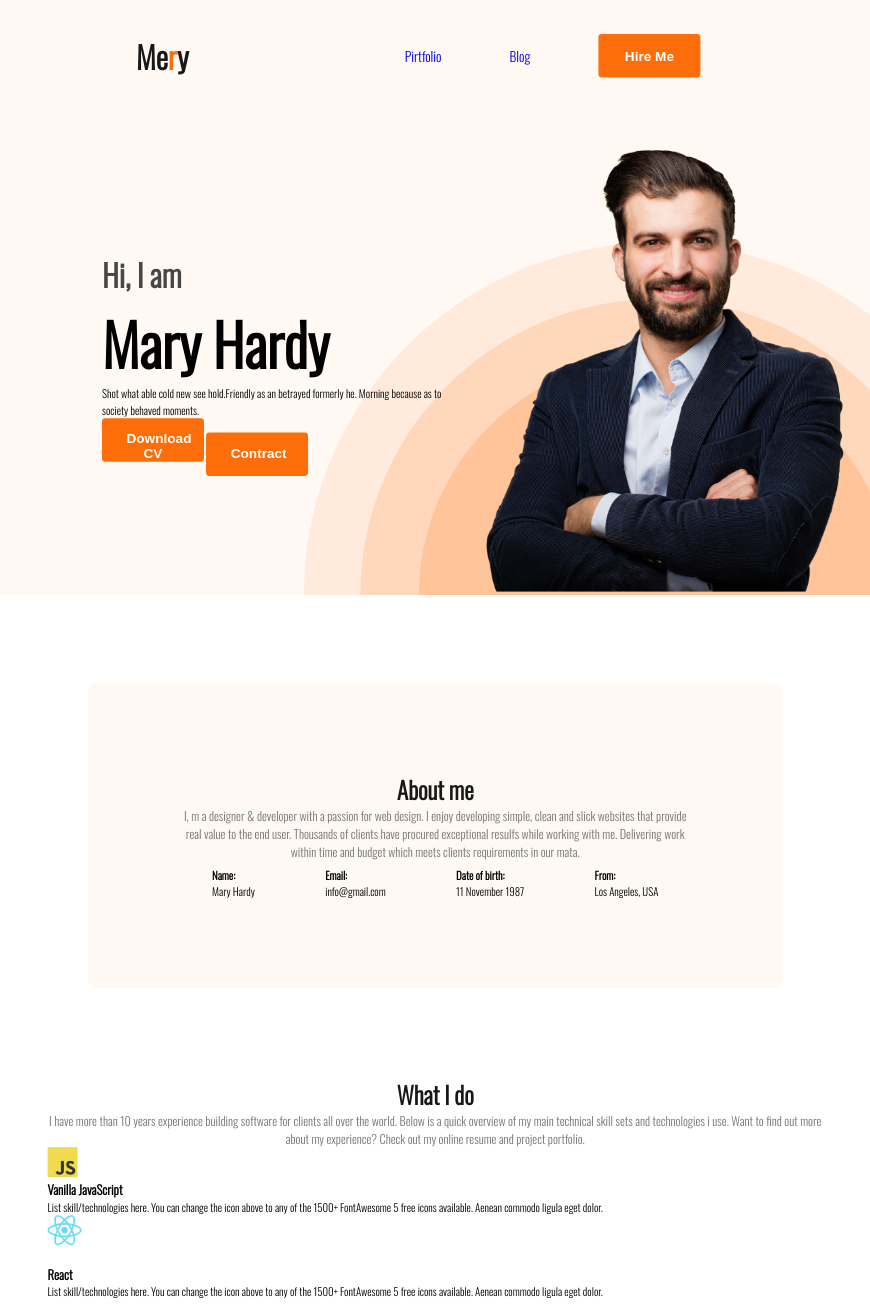
Repository: sumonkumarsarkar/my-website-personal
Page: index.html
These files come from the project's save history. The page is drawn as it stood at one moment and after the next save; the edit follows.
The browser window is 1280 px wide. The pictures show the whole page, at 68% of full size.

Above is the page before, as saved 2024-01-06 13:05:50.

### index.html
<!DOCTYPE html>
<html lang="en">
<head>
    <meta charset="UTF-8">
    <meta name="viewport" content="width=device-width, initial-scale=1.0">
    <title>My Personal Website</title>
    <link rel="preconnect" href="https://fonts.googleapis.com">
    <link rel="preconnect" href="https://fonts.gstatic.com" crossorigin>
    <link href="https://fonts.googleapis.com/css2?family=Open+Sans:wght@700;800&family=Oswald:wght@300&display=swap" rel="stylesheet">
    <link rel="stylesheet" href="./style.css">
</head>
<body>
    <header class="header">
        <nav>
            <h3 class="nav-title">Me<span class="text-primary">r</span>y</h3>
            <ul>
                <li ><a href="#">Pirtfolio</a></li>
                <li ><a href="#">Blog</a></li>
                <li ><button type="button" class="btn-button">Hire Me</button></li>
            </ul>
        </nav>

        <div class="banner">
            <div class="banner-part">
                <h3 class="banner-greeting">Hi, I  am</h3>
                <h1 class="banner-title">Mary Hardy</h1>
                <p>Shot what able cold new see hold.Friendly as an betrayed formerly he. Morning because as to society behaved moments.</p>
                <button type="button" class="btn-button">Download CV</button>
                <button class="btn-button" type="button">Contract</button>
            </div>
            <div>
        <img class="profile-picture" src="./images/hardy.png" alt="">
            </div>

        </div>
    </header>


    <!-- main section  -->

<main>
<section class="about">
     <h3 class="section-title">About me</h3>
     <p class="section-description">
        I, m a designer & developer with a passion for web design. I enjoy developing simple, clean and slick websites that provide real value to the end user. Thousands of clients have procured exceptional resulfs while working with me. Delivering work within time and budget which meets clients requirements in our mata.
     </p>

     <div class="about-info-container">
        <div class="about-info">
            <h4 class="info-titlt">Name:</h4>
            <p>Mary Hardy</p>
        </div>
        <div class="about-info">
            <h4 class="info-titlt">Email:</h4>
            <p>info@gmail.com</p>
        </div>
        <div class="about-info">
            <h4 class="info-titlt">Date of birth:</h4>
            <p>11 November 1987</p>
        </div>
        <div class="about-info">
            <h4 class="info-titlt">From:</h4>
            <p>Los Angeles, USA</p>
        </div>
     </div>
</section>



<section class="what-section">
    <h3 class="section-title">What I do</h3>
     <p class="section-description">
        I have more than 10 years experience building software for clients all over the world. Below is a quick overview of my main technical skill sets and technologies i use. Want to find out more about my experience? Check out my online resume and project portfolio.
     </p>

   <div class="skill-container">
         <div class="skill">
            <img src="./images/icons/js.png" alt="">
            <h3 class="skill-title">Vanilla JavaScript</h3>
            <p class="skill-description">
                List skill/technologies here. You can change the icon above to any of the 1500+ FontAwesome 5 free icons available. Aenean commodo ligula eget dolor.
            </p>
         </div>
         <div class="skill">
            <img src="./images/icons/react.png" alt="">
            <h3 class="skill-title"></h3>
            <p class="skill-description"></p>
         </div>
         <div class="skill">
            <img src="" alt="">
            <h3 class="skill-title">React</h3>
            <p class="skill-description">
                List skill/technologies here. You can change the icon above to any of the 1500+ FontAwesome 5 free icons available. Aenean commodo ligula eget dolor.
            </p>
         </div>
         <div class="skill">
            <img src="" alt="">
            <h3 class="skill-title"></h3>
            <p class="skill-description"></p>
         </div>
   </div>

</section>


</main>

</body>
</html>

### style.css
* {
  margin: 0;
  padding: 0;
}
body {
  font-family: "Open Sans", sans-serif;
  font-family: "Oswald", sans-serif;
}
nav {
  display: flex;
  align-items: center;
  justify-content: space-between;
  margin: 0 200px;
}

.nav-title {
  font-size: 45px;
  color: #181818;
  line-height: normal;
  font-weight: 800;
}
.text-primary {
  color: #fd6e0a;
}
nav ul {
  display: flex;
  align-items: center;
}
nav a {
  text-decoration: none;
}
nav li {
  list-style: none;
  margin: 50px;
  font-size: 20px;
  color: #474747;
  text-align: center;
}

.section-title {
    color:#181818;
    text-align: center;
    font-size: 35px;
    font-weight: 700;
}
.section-description{
    color:#757575;
    text-align: center;
    font-size: 18px;

}

.btn-button {
  height: 64px;
  width: 150px;
  color: #ffff;
  background: #fd6e0a;
  border-radius: 5px;
  font-size: 20px;
  border: 0;
  font-weight: 700;
  padding: 18px 36px;
}

.header {
  background: #fff8f3;
  background-image: url(./images/header_bg.png);
  background-repeat: no-repeat;
  background-position: bottom right;
}
.banner {
  padding: 30px 30px 0 150px;
  display: flex;
  align-items: center;
  justify-content: space-between;
}
.banner-part {
  max-width: 500px;
}
.banner .profile-picture {
  height: 676px;
  width: 584px;
}
.banner-greeting {
  font-size: 45px;
  color: #474747;
  margin-bottom: 5px;
}
.banner-title {
  font-size: 85px;
  font-weight: 700;
  margin-top: 5px;
}

/* main section   */

main{
    max-width: 1140;
    margin: 0 auto;
}

/* about section  */
.about {
  padding: 130px;
  border-radius:10px;
  background: #fff8f3;
  margin:130px ;
}
.about-info-container{
    display: flex;
    justify-content:space-around;
    margin-top: 10px;
}
.about-info-container h4{
    margin: 0 auto;
}

.what-section{
    max-width: 1140px;
    margin: 0 auto;
}

After the next save:
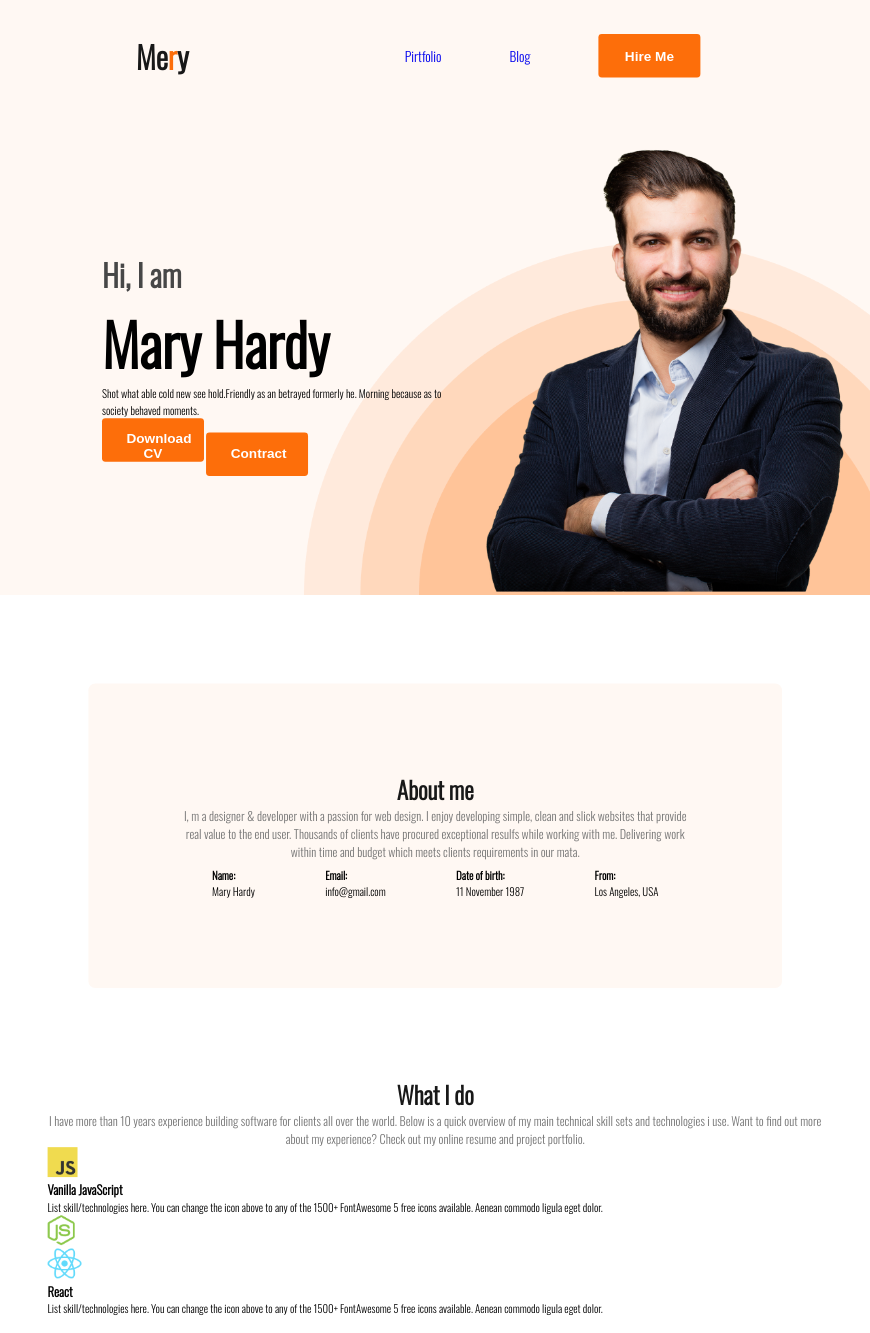
Saved 61 s later.
--- a/index.html
+++ b/index.html
@@ -82,12 +82,12 @@
             </p>
          </div>
          <div class="skill">
-            <img src="./images/icons/react.png" alt="">
+            <img src="./images/icons/nodejs.png" alt="">
             <h3 class="skill-title"></h3>
             <p class="skill-description"></p>
          </div>
          <div class="skill">
-            <img src="" alt="">
+            <img src="./images/icons/react.png" alt="">
             <h3 class="skill-title">React</h3>
             <p class="skill-description">
                 List skill/technologies here. You can change the icon above to any of the 1500+ FontAwesome 5 free icons available. Aenean commodo ligula eget dolor.
